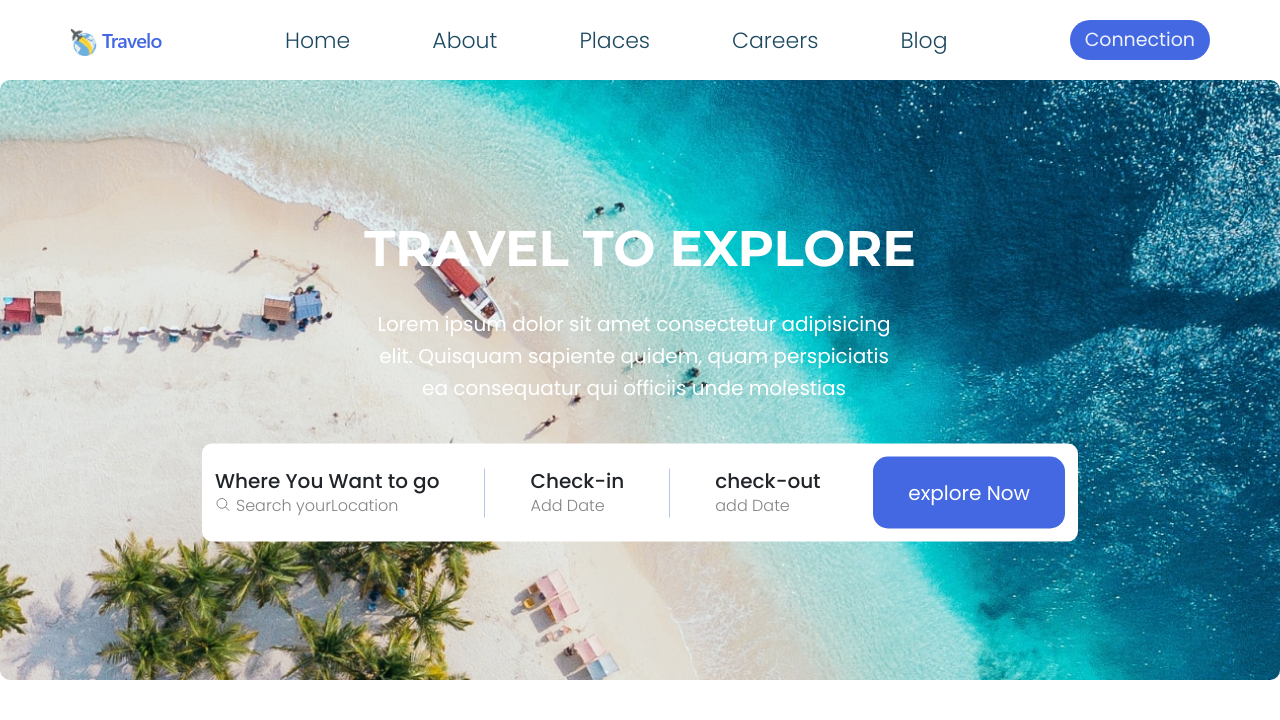
Repository: kuluong2000/travel
Page: index.html
An editor plug-in stored every save of this project. The page is shown before and after the next save, followed by the edit.
The browser window is 1280 px wide. The pictures show the whole page.
The style sheet was rebuilt from its Sass, Less or Tailwind sources for each picture, by a compiler version that may differ from the author's.

Above is the page before, as saved 2021-09-05 20:49:22.

After the next save:
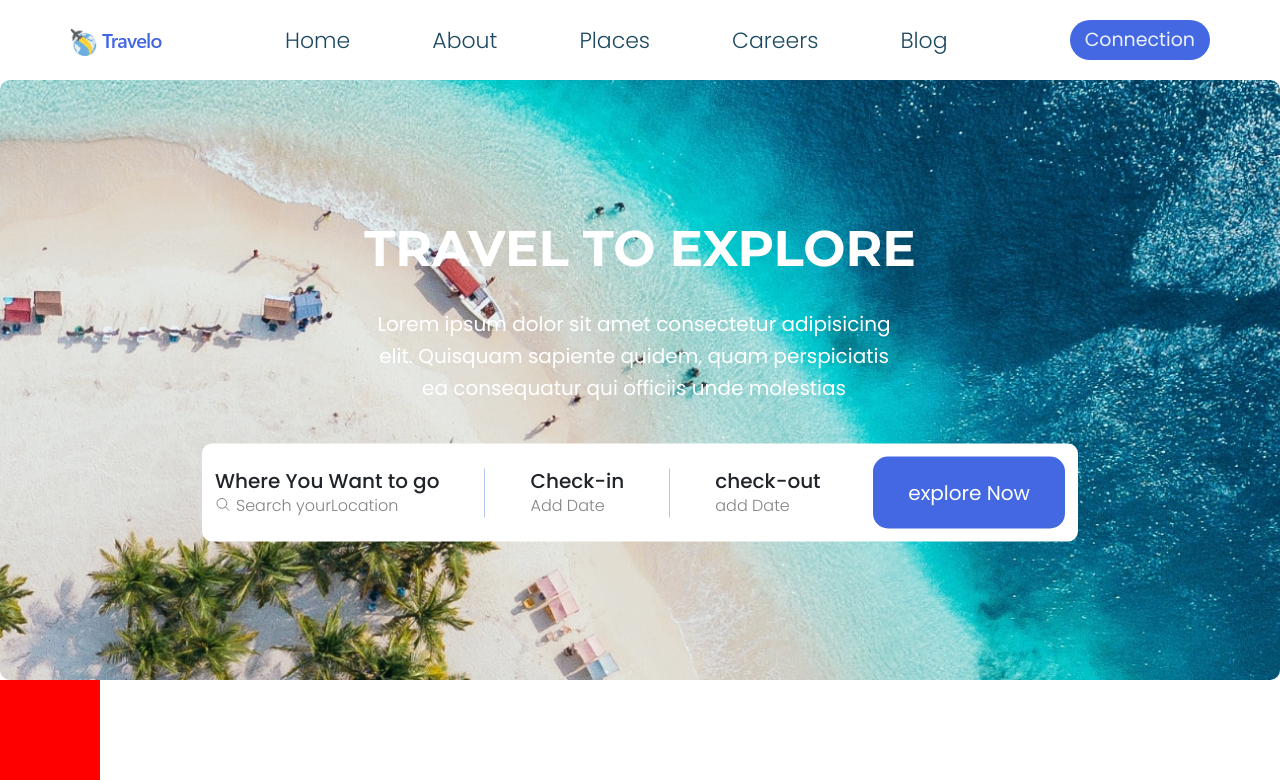
Saved 6 s later.
--- a/assets/sass/_about.scss
+++ b/assets/sass/_about.scss
@@ -1,4 +1,5 @@
 .about{
     background-color: red;
-    height: 100%;
+    height: 100px;
+    width: 100px;
 }

After the save that followed:
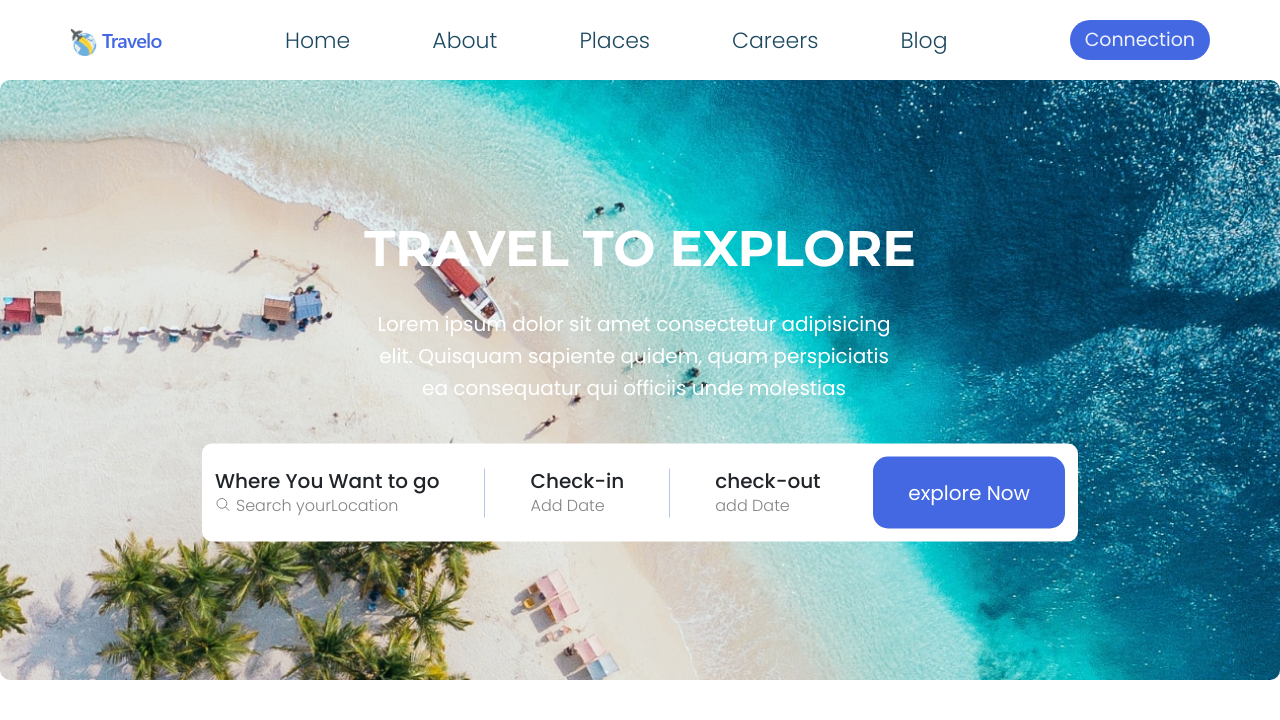
Saved 5 s later.
--- a/assets/sass/_about.scss
+++ b/assets/sass/_about.scss
@@ -1,5 +1,3 @@
 .about{
-    background-color: red;
-    height: 100px;
-    width: 100px;
+
 }
